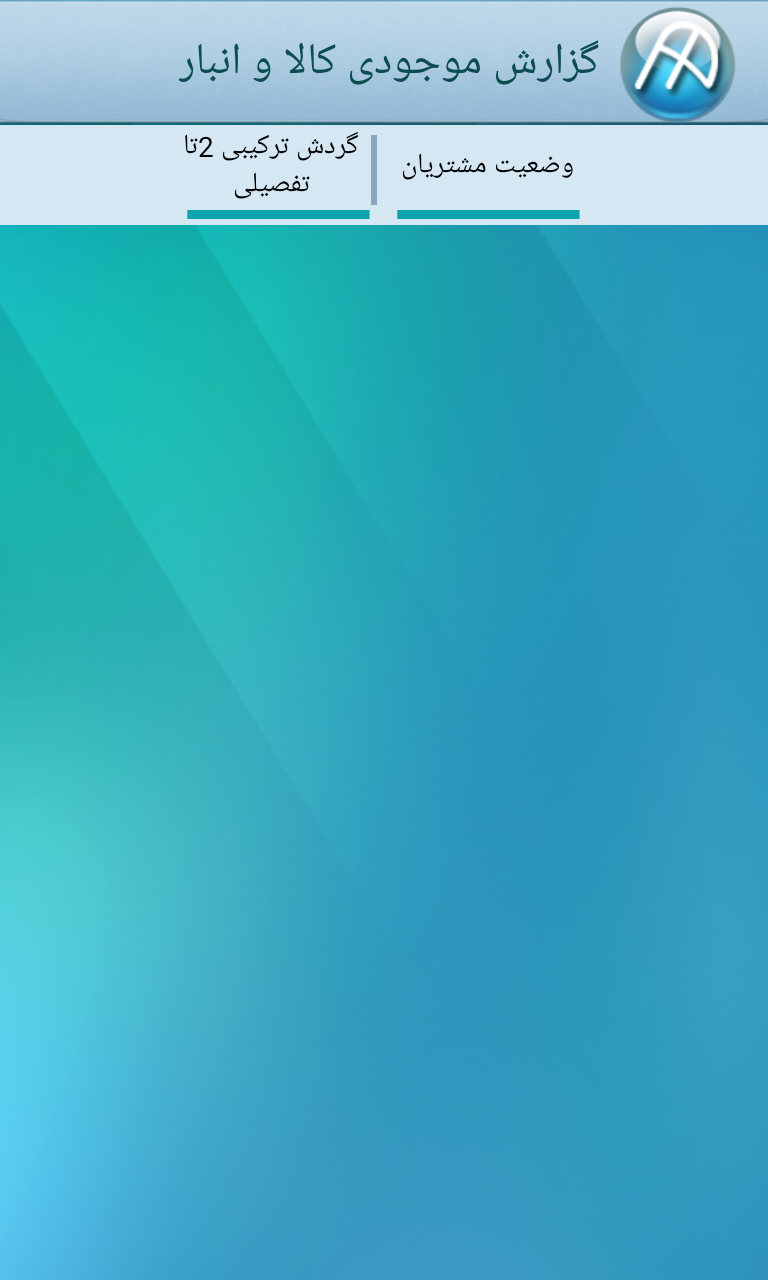
Repository: AtiehPardaz/Reports-Mobile
Layout: Reportsmobile/res/layout/activity_kala.xml
The author's editor kept a copy of each file at every save. The layout is drawn from the files as they stood at one save, then again after the next save.
It is drawn on a 768 x 1280 px phone screen (xhdpi) without system bars, with theme Theme.behzad; the app's code is not run. Lists and similar views that code fills are empty.

Above is the layout before, as saved 2015-03-11 12:06:03.

After the next save:
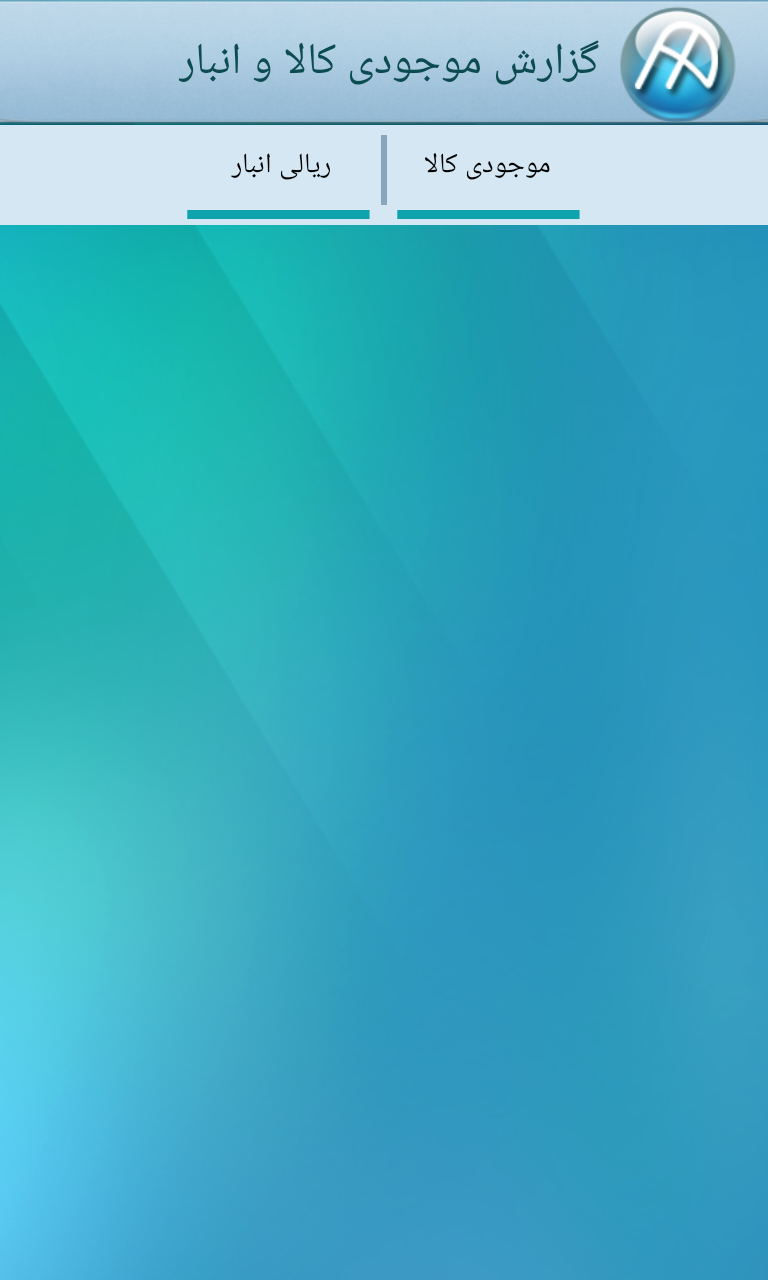
Saved 2 min 19 s later.
--- a/Reportsmobile/res/layout/activity_kala.xml
+++ b/Reportsmobile/res/layout/activity_kala.xml
@@ -25,7 +25,7 @@
                 android:textColor="@color/blue_titleactionbar" />
 
             <ImageButton
-                android:id="@+id/imgbtn_menu_hesabdari"
+                android:id="@+id/imgbtn_menu_kala"
                 android:layout_width="wrap_content"
                 android:layout_height="wrap_content"
                 android:layout_gravity="center"
@@ -43,11 +43,11 @@
             android:orientation="horizontal" >
 
             <Button
-                android:id="@+id/tabbtn_tarkibi_hesabdari"
+                android:id="@+id/tabbtn_riali_kala"
                 android:layout_width="90dp"
                 android:layout_height="wrap_content"
                 android:background="@color/blue_actionbar2color"
-                android:text="گردش ترکیبی 2تا تفصیلی"
+                android:text="ریالی انبار"
                 android:textSize="14sp" />
 
             <View
@@ -59,12 +59,12 @@
                 android:background="#88a6bd" />
 
 <Button
-    android:id="@+id/tabbtn_gardesh_hesabdari"
-    android:layout_width="100dp"
-    android:layout_height="wrap_content"
-    android:background="@color/blue_actionbar2color"
-    android:text="وضعیت مشتریان"
-    android:textSize="14sp" />
+                android:id="@+id/tabbtn_mojodi_kala"
+                android:layout_width="90dp"
+                android:layout_height="wrap_content"
+                android:background="@color/blue_actionbar2color"
+                android:text="موجودی کالا"
+                android:textSize="14sp" />
 
         </LinearLayout>
 
@@ -76,14 +76,14 @@
             android:gravity="center" >
 
             <ImageButton
-                android:id="@+id/imgbtn_underline_tarkibi_hesabdari"
+                android:id="@+id/imgbtn_underline_tarkibi_kala"
                 android:layout_width="100dp"
                 android:layout_height="wrap_content"
                 android:layout_marginRight="5dp"
                 android:background="@drawable/underline" />
 
             <ImageButton
-                android:id="@+id/imgbtn_underline_gardesh_hesabdari"
+                android:id="@+id/imgbtn_underline_gardesh_kala"
                 android:layout_width="100dp"
                 android:layout_height="wrap_content"
                 android:background="@drawable/underline" />
@@ -95,7 +95,7 @@
             android:orientation="vertical" >
 
             <android.support.v4.view.ViewPager
-                android:id="@+id/pagerhesabdari"
+                android:id="@+id/pagerkala"
                 android:layout_width="match_parent"
                 android:layout_height="match_parent" >
             </android.support.v4.view.ViewPager>
@@ -105,7 +105,7 @@
     </LinearLayout>
 
     <LinearLayout
-        android:id="@+id/linearmenu_hesabdari"
+        android:id="@+id/linearmenu_kala"
         android:layout_width="match_parent"
         android:layout_height="match_parent"
         android:background="@drawable/backmenutransparent"
@@ -123,7 +123,7 @@
             android:orientation="vertical" >
 
             <ImageButton
-                android:id="@+id/imgbtn_forosh_hesabdari"
+                android:id="@+id/imgbtn_forosh_kala"
                 android:layout_width="wrap_content"
                 android:layout_height="wrap_content"
                 android:layout_marginTop="5dp"
@@ -131,28 +131,28 @@
                 android:src="@drawable/btn_click" />
 
             <ImageButton
-                android:id="@+id/imgbtn_khazane_hesabdari"
+                android:id="@+id/imgbtn_khazane_kala"
                 android:layout_width="wrap_content"
                 android:layout_height="wrap_content"
                 android:background="@drawable/btnkhazane"
                 android:src="@drawable/btn_click" />
 
             <ImageButton
-                android:id="@+id/imgbtn_hesabdari_hesabdari"
+                android:id="@+id/imgbtn_hesabdari_kala"
                 android:layout_width="wrap_content"
                 android:layout_height="wrap_content"
                 android:background="@drawable/btnhesabdari"
                 android:src="@drawable/btn_click" />
 
             <ImageButton
-                android:id="@+id/imgbtn_kala_hesabdari"
+                android:id="@+id/imgbtn_kala_kala"
                 android:layout_width="wrap_content"
                 android:layout_height="wrap_content"
                 android:background="@drawable/btnkala"
                 android:src="@drawable/btn_click" />
 
             <ImageButton
-                android:id="@+id/imgbtn_domain_hesabdari"
+                android:id="@+id/imgbtn_domain_kala"
                 android:layout_width="wrap_content"
                 android:layout_height="wrap_content"
                 android:layout_marginBottom="5dp"
